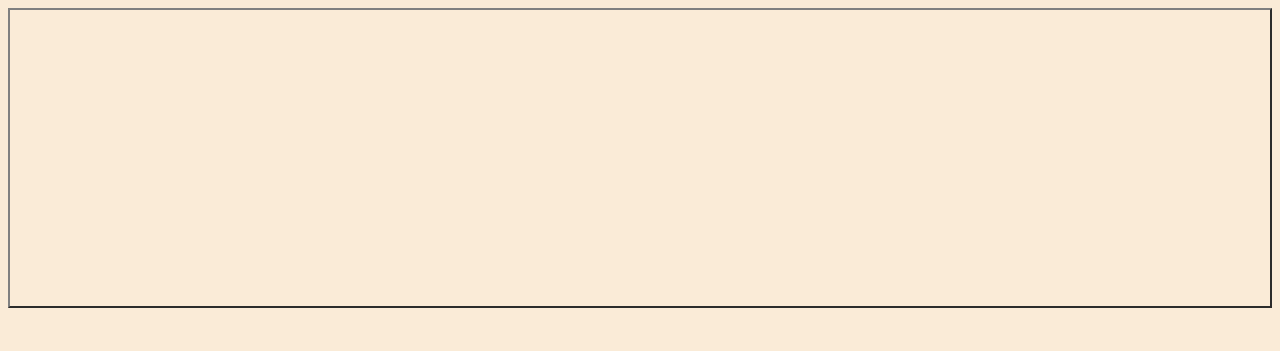
Repository: DAXMZB/Project
Page: http://localhost/SP2/
An editor plug-in stored every save of this project. The page is shown before and after the next save, followed by the edit.
The browser window is 1280 px wide. The pictures show the whole page.
The page is served by Tomcat 9. Other server files are loaded and not shown.

Above is the page before, as saved 2026-02-04 11:26:56.

### SP2/src/main/webapp/index.jsp
<%@ page language="java" contentType="text/html; charset=UTF-8"
	pageEncoding="UTF-8"%>
<!DOCTYPE html>
<html>
<head>
<meta charset="UTF-8">
<title>Insert title here</title>
<script src="https://code.jquery.com/jquery-3.7.1.min.js"></script>
</head>
<body bgcolor="#faebd7">
	<table width="100%" border="2" align="center" height=300>

	</table>
</body>
</html>

After the next save:
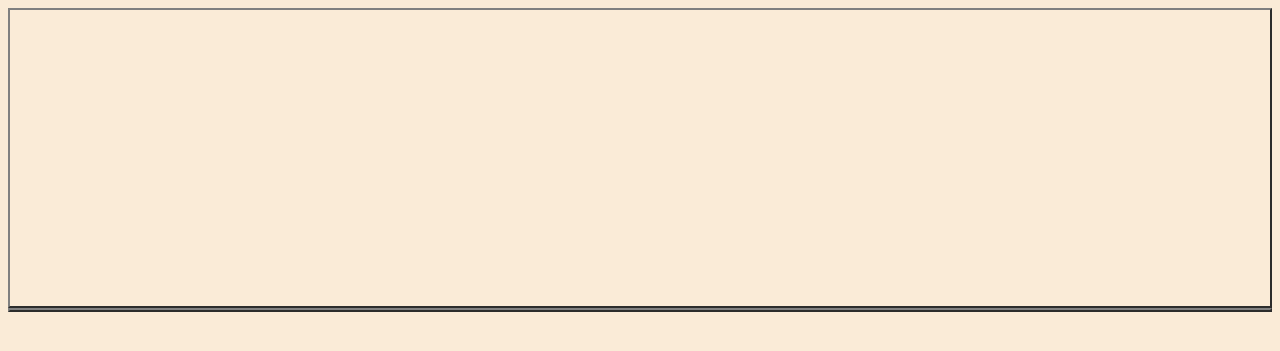
Saved 9 min 56 s later.
--- a/SP2/src/main/webapp/index.jsp
+++ b/SP2/src/main/webapp/index.jsp
@@ -11,5 +11,6 @@
 	<table width="100%" border="2" align="center" height=300>
 
 	</table>
+	<table width="100%" border="2"></table>
 </body>
 </html>
